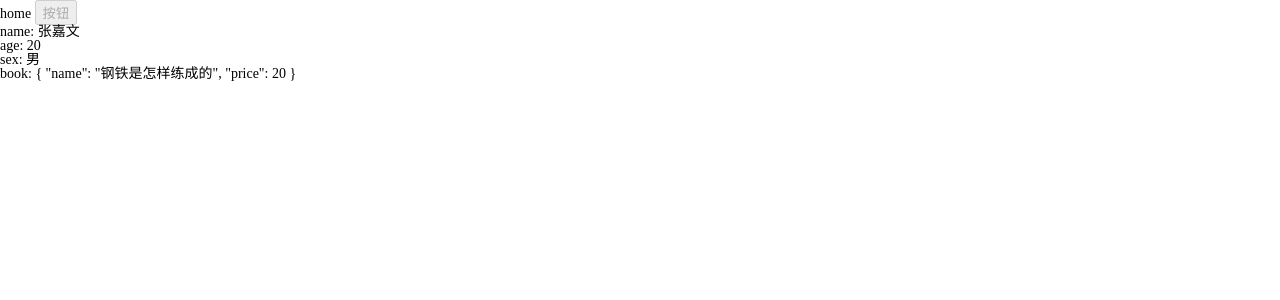
Repository: 596178924/vue3-ts-app
Page: /
An editor plug-in stored every save of this project. The page is shown before and after the next save, followed by the edit.
The browser window is 1280 px wide. The pictures show the whole page.
The project was rebuilt for these pictures with package versions that can differ from the ones it lists, and the page was loaded fresh each time. Also part of the build but not shown: vite.config.ts.

Above is the page before, as saved 2022-11-09 16:19:56.

After the next save:
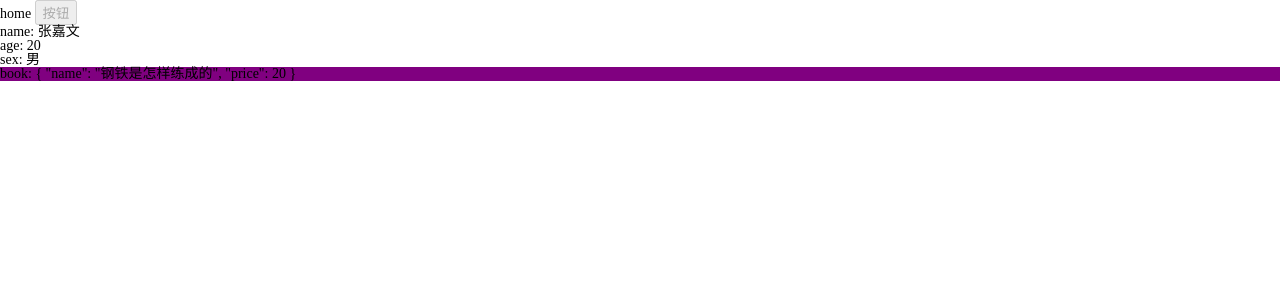
Saved 6 min 29 s later.
--- a/src/views/home/index.vue
+++ b/src/views/home/index.vue
@@ -5,7 +5,8 @@
 		<p>name: {{ name }}</p>
 		<p>age: {{ age }}</p>
 		<p>sex: {{ sex }}</p>
-		<p>book: {{ book }}</p>
+		<p class="test">book: {{ book }}</p>
+
 	</div>
 </template>
 
@@ -33,9 +34,6 @@ const book = ref<Book>({
 //   }
 // });
 .test {
-	width: ceil(2.4px);
-}
-.test3 {
-	width: ceil(3.2px);
+	background-color: mix(#ff0000, #0000ff, 50%)
 }
 </style>
